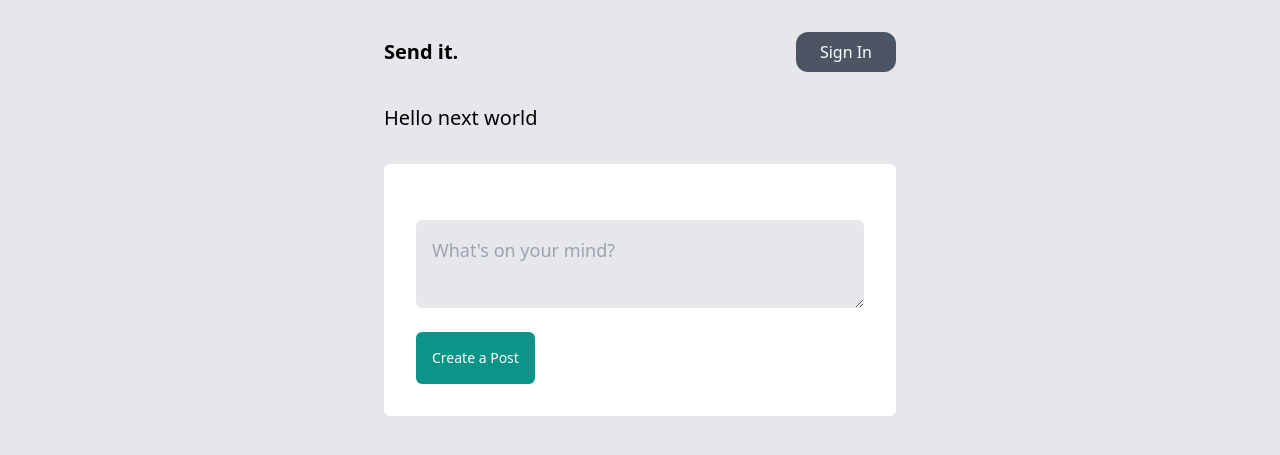
Repository: AMT98/SEND-IT
Page: /
The author's editor kept a copy of each file at every save. The page is drawn from the files as they stood at one save, then again after the next save.
The browser window is 1280 px wide. The pictures show the whole page.
The page's requests for data from a server got no answer. The project was rebuilt for these pictures with package versions that can differ from the ones it lists, and the page was loaded fresh each time. The framework's server and built-in components were replaced by stand-ins that run in the browser. No one was signed in, and anything a server would have sent is missing. Also part of the build but not shown: next.config.js, app/auth/Logged.tsx.

Above is the page before, as saved 2023-02-14 17:04:32.

### app/layout.jsx
import Nav from "./auth/Nav";
import "./globals.css";
import { Roboto } from "@next/font/google";
const roboto = Roboto ({
  subsets: ["latin"],
  weight: ['400', "700"],
  variable: "--font-roboto"
})
export default function RootLayout({ children }) {
  return (
    <html lang="en">
      {/*
        <head /> will contain the components returned by the nearest parent
        head.tsx. Find out more at https://beta.nextjs.org/docs/api-reference/file-conventions/head
      */}
      <head />
      <body className={`mx-4 md:mx-48 xl:mx-96 ${roboto.variable} bg-gray-200`}>
        <Nav />
        {children}
      </body>
    </html>
  );
}

### app/page.tsx
"use client";
import AddPost from "./components/AddPost";

export default function Home() {
  return (
    <main>
      <h1 className="text-xl">Hello next world</h1>
      <AddPost />
    </main>
  );
}

### app/auth/Nav.tsx
import Link from "next/link";
import Login from "./Login";
import { getServerSession } from "next-auth/next";
import { authOptions } from "../../pages/api/auth/[...nextauth]";
import Logged from "./Logged";

const Nav = async () => {
  const session = await getServerSession(authOptions);

  return (
    <nav className="flex justify-between items-center py-8">
      <Link href={"/"}>
        <h1 className="font-bold text-xl">Send it.</h1>
      </Link>
      <ul className="flex items-center gap-6">
        {!session?.user && <Login />}
        {session?.user && <Logged image={session.user?.image || ""} />}
      </ul>
    </nav>
  );
};

export default Nav;

### app/globals.css
@tailwind base;
@tailwind components;
@tailwind utilities;

:root {
  --max-width: 1100px;
  --border-radius: 12px;
  --font-mono: ui-monospace, Menlo, Monaco, 'Cascadia Mono', 'Segoe UI Mono',
    'Roboto Mono', 'Oxygen Mono', 'Ubuntu Monospace', 'Source Code Pro',
    'Fira Mono', 'Droid Sans Mono', 'Courier New', monospace;

  --foreground-rgb: 0, 0, 0;
  --background-start-rgb: 214, 219, 220;
  --background-end-rgb: 255, 255, 255;

  --primary-glow: conic-gradient(
    from 180deg at 50% 50%,
    #16abff33 0deg,
    #0885ff33 55deg,
    #54d6ff33 120deg,
    #0071ff33 160deg,
    transparent 360deg
  );
  --secondary-glow: radial-gradient(
    rgba(255, 255, 255, 1),
    rgba(255, 255, 255, 0)
  );

  --tile-start-rgb: 239, 245, 249;
  --tile-end-rgb: 228, 232, 233;
  --tile-border: conic-gradient(
    #00000080,
    #00000040,
    #00000030,
    #00000020,
    #00000010,
    #00000010,
    #00000080
  );

  --callout-rgb: 238, 240, 241;
  --callout-border-rgb: 172, 175, 176;
  --card-rgb: 180, 185, 188;
  --card-border-rgb: 131, 134, 135;
}

@media (prefers-color-scheme: dark) {
  :root {
    --foreground-rgb: 255, 255, 255;
    --background-start-rgb: 0, 0, 0;
    --background-end-rgb: 0, 0, 0;

    --primary-glow: radial-gradient(rgba(1, 65, 255, 0.4), rgba(1, 65, 255, 0));
    --secondary-glow: linear-gradient(
      to bottom right,
      rgba(1, 65, 255, 0),
      rgba(1, 65, 255, 0),
      rgba(1, 65, 255, 0.3)
    );

    --tile-start-rgb: 2, 13, 46;
    --tile-end-rgb: 2, 5, 19;
    --tile-border: conic-gradient(
      #ffffff80,
      #ffffff40,
      #ffffff30,
      #ffffff20,
      #ffffff10,
      #ffffff10,
      #ffffff80
    );

    --callout-rgb: 20, 20, 20;
    --callout-border-rgb: 108, 108, 108;
    --card-rgb: 100, 100, 100;
    --card-border-rgb: 200, 200, 200;
  }
}

* {
  box-sizing: border-box;
  padding: 0;
  margin: 0;
}

html,
body {
  max-width: 100vw;
  overflow-x: hidden;
}

### app/components/AddPost.tsx
"use client";
import { useState } from "react";

export default function CreatePost() {
  const [title, setTitle] = useState("");
  const [isDisabled, setIsDisabled] = useState(false);
  return (
    <form className="bg-white my-8 p-8 rounded-md">
      <div className="flex flex-col my-4">
        <textarea
          onChange={(e) => setTitle(e.target.value)}
          name="title"
          value={title}
          placeholder="What's on your mind?"
          className="p-4 text-lg rounded-md my-2 bg-gray-200"
        ></textarea>
      </div>
      <div>
        <button
          disabled={isDisabled}
          type="submit"
          className="text-sm bg-teal-600 text-white p-4 rounded-md"
        >
          Create a Post
        </button>
      </div>
    </form>
  );
}

### app/auth/Login.tsx
"use client";
import { signIn } from "next-auth/react";

export default function Login() {
  return (
    <li className="list-none">
      <button onClick={() => signIn()} className="text-md bg-gray-600 text-white py-2 px-6 rounded-xl disabled:opacity-25">
        Sign In
      </button>
    </li>
  );
}

### pages/api/auth/[...nextauth].js
import NextAuth from "next-auth";
import GoogleProvider from "next-auth/providers/google";
import { PrismaAdapter } from "@next-auth/prisma-adapter";
import prisma from "../../../prisma/client";

export const authOptions = {
  adapter: PrismaAdapter(prisma),
  providers: [
    GoogleProvider({
      clientId: process.env.GOOGLE_CLIENT_ID,
      clientSecret: process.env.GOOGLE_CLIENT_SECRET,
    }),
  ],
};

export default NextAuth(authOptions);

### prisma/client.js
import {PrismaClient} from "@prisma/client"
const client = globalThis.prisma || new PrismaClient()
if (process.env.NODE_ENV !== "production") globalThis.prisma = client

export default client

Loaded but not shown: tailwind.config.js (common file)

After the next save:
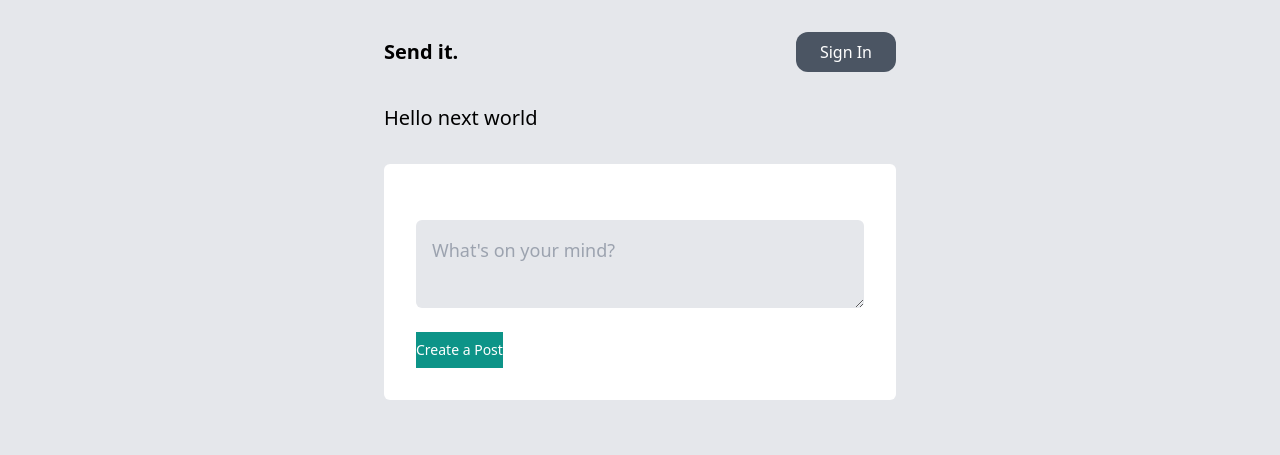
Saved 28 s later.
--- a/app/components/AddPost.tsx
+++ b/app/components/AddPost.tsx
@@ -19,7 +19,7 @@ export default function CreatePost() {
         <button
           disabled={isDisabled}
           type="submit"
-          className="text-sm bg-teal-600 text-white p-4 rounded-md"
+          className="text-sm bg-teal-600 text-white py-2 "
         >
           Create a Post
         </button>
